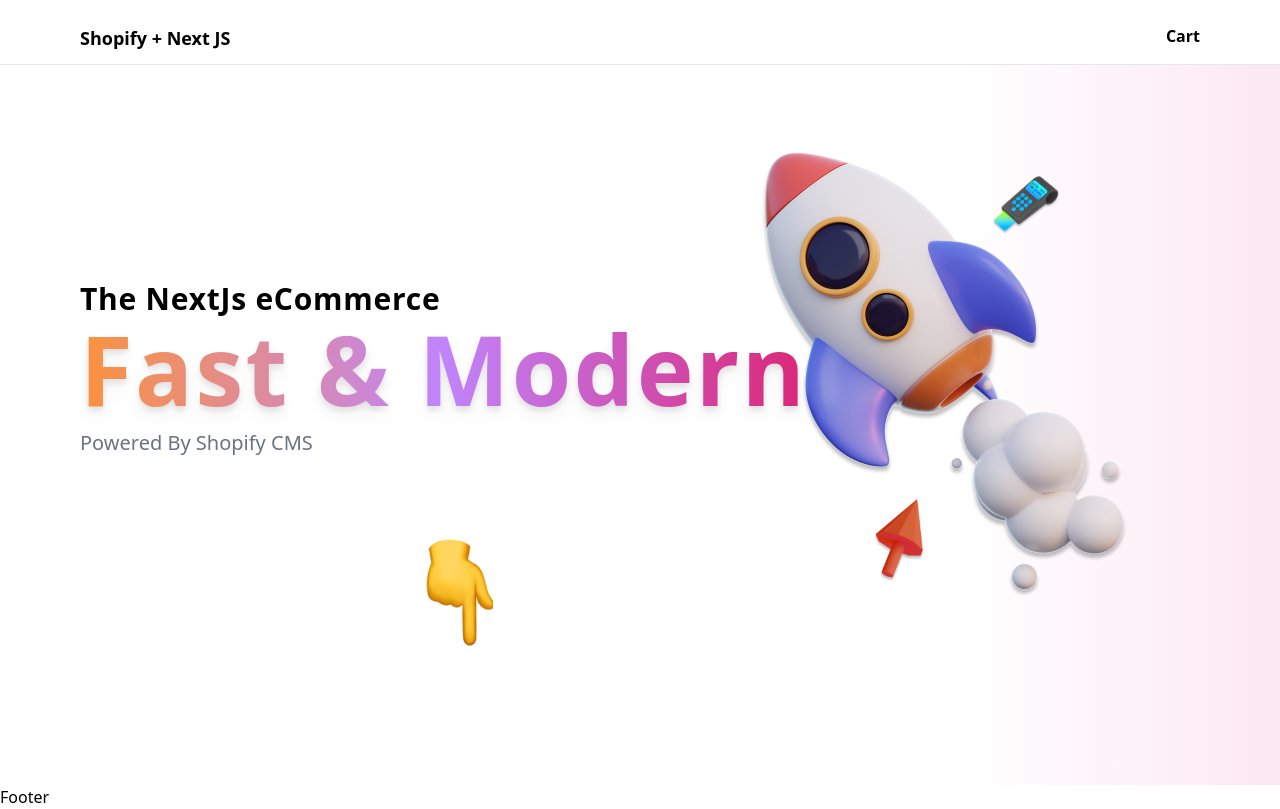
Repository: Krishna-bansall/store
Page: /
An editor plug-in stored every save of this project. The page is shown before and after the next save, followed by the edit.
The browser window is 1280 px wide. The pictures show the whole page.
The project was rebuilt for these pictures with package versions that can differ from the ones it lists, and the page was loaded fresh each time. The framework's server and built-in components were replaced by stand-ins that run in the browser. Also part of the build but not shown: next.config.js, utils/helpers.js, components/ProductCard.js, components/ProductList.js.

Above is the page before, as saved 2022-04-10 18:09:03.

After the next save:
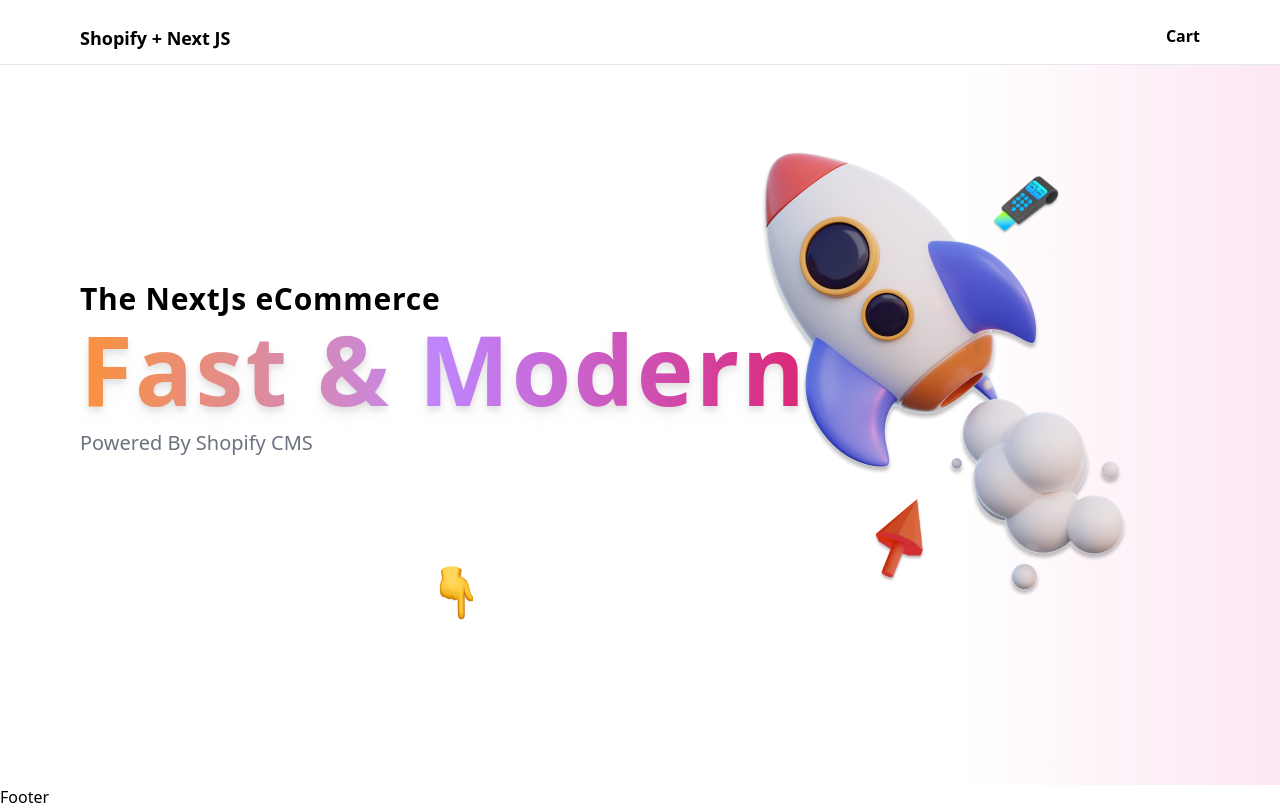
Saved 5 s later.
--- a/components/HeroSection.js
+++ b/components/HeroSection.js
@@ -57,7 +57,7 @@
           </div>
         </div>
         <div className="col-start-2 row-start-3 flex items-center justify-center md:col-start-1">
-          <div className="w-20">
+          <div className="w-10">
             <Image src={down} alt="down" />
           </div>
         </div>
